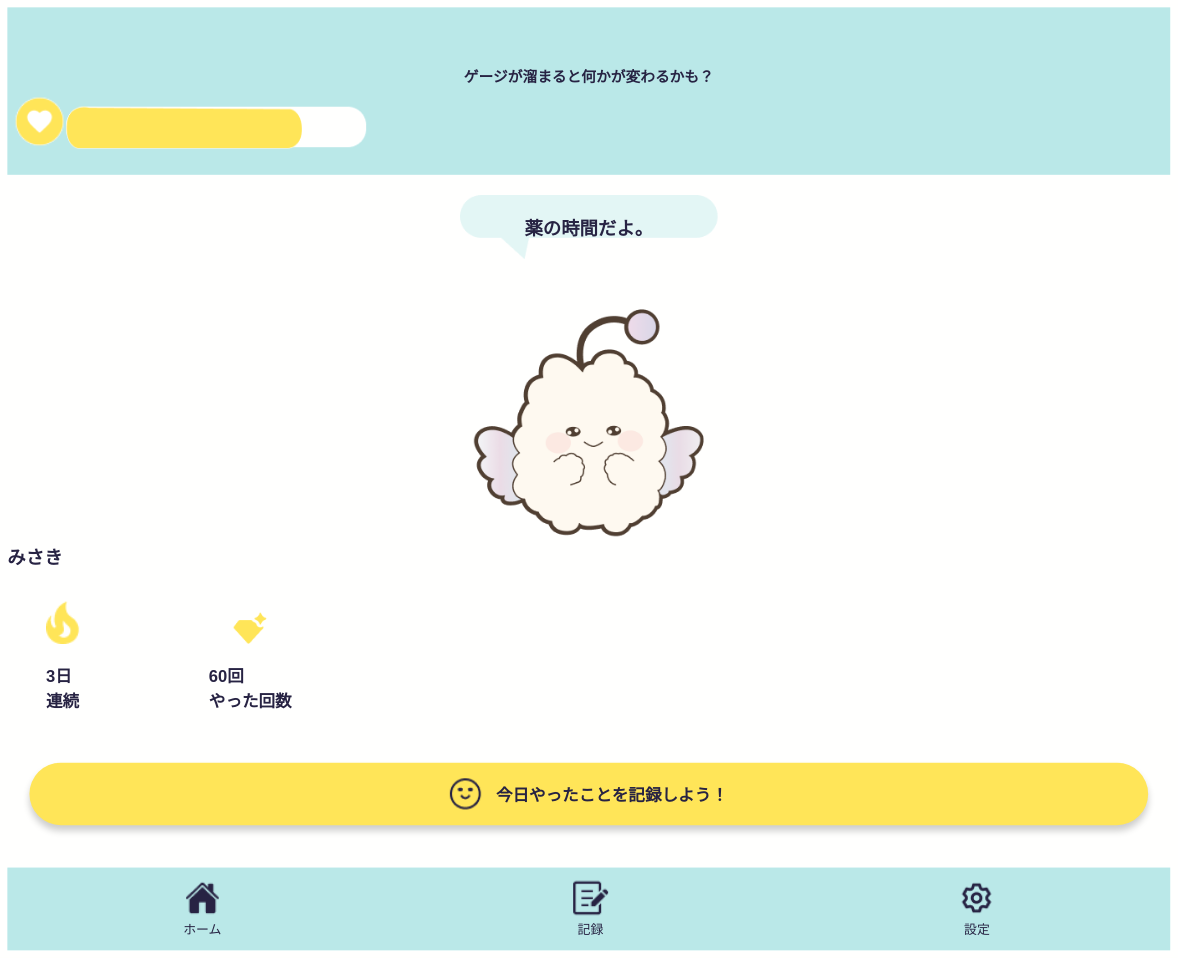
Repository: misaki0919/Self-care
Page: home_page.html
The author's editor kept a copy of each file at every save. The page is drawn from the files as they stood at one save, then again after the next save.
The browser window is 1280 px wide. The pictures show the whole page, at 92% of full size.
Some web fonts or font styles are not loaded; a fallback is used.

Above is the page before, as saved 2026-07-20 21:49:35.

### home_page.html
<!DOCTYPE html>
<html lang="jp">
<head>
    <meta charset="UTF-8">
    <meta name="viewport" content="width=device-width, initial-scale=1.0">
    <title>ホーム画面</title>
    <link href="css/home_page.css" rel="stylesheet">
    <link rel="preconnect" href="https://fonts.googleapis.com">
    <link rel="preconnect" href="https://fonts.gstatic.com" crossorigin>
    <link href="https://fonts.googleapis.com/css2?family=Archivo+Black&family=Noto+Serif+JP:wght@200..900&family=Zen+Maru+Gothic&display=swap" rel="stylesheet">

</head>
<body>
    <div class="header-wrap">
        <p class="ge-ji zen-maru-gothic-regular">ゲージが溜まると何かが変わるかも？</p>
        <section class="images-wrap-1">
            <img class="white" src="images/Ellipse 17.png" alt="黄色の丸">
            <img class="heart" src="images/heart.png" alt="ハート">
        </section>
        <section class="images-wrap-2">
            <img src="images/Rectangle 5.png" alt="白">
            <img src="images/Vector 1.png" alt="黄色">
        </section>
    </div>

    <div class="word-wrap">
        <img src="images/speech_bubble.png" alt="セリフ">
        <p class="time zen-maru-gothic-regular" >薬の時間だよ。</p>
    </div>

    <img src="images/big_sowan.png" alt="ソワンちゃん">
    <p class="name zen-maru-gothic-regular">みさき</p>

    <div class="continue-wrap">
        <img src="images/Vector.png" alt="炎">
        <p class="continue zen-maru-gothic-regular">3日<br>連続</p>
    </div>

    <div class="did-wrap">
        <img src="images/kira.png" alt="ダイヤモンド">
        <p class="did zen-maru-gothic-regular">60回<br>やった回数</p>
    </div>

    <div class="record-wrap">
        <a href="record.html">
            <img src="images/smile.png" alt="笑顔">
            <p class="today-record zen-maru-gothic-regular">今日やったことを記録しよう！</p>
        </a>
    </div>

    <div class="footer-wrap">
        <div class="home">
            <img src="images/home.png" alt="ホーム">
            <p>ホーム</p>
        </div>
        <div class="record">
            <img src="images/record.png" alt="記録">
            <p>記録</p>
        </div>
        <div class="setting">
            <img src="images/setting.png" alt="設定">
            <p>設定</p>
        </div>
    </div>
</body>
</html>

### css/home_page.css
body{
    background-color: #FFFFFE;
    color: #272343;
    /* padding-left: 24px;
    padding-right: 24px; */
}
.zen-maru-gothic-regular {
    font-family: "Zen Maru Gothic", sans-serif;
    font-weight: 600;
    font-style: normal;
}
/* .header-wrap{
    background-color: #BAE8E8;
    width: 428px;
    height: 170px;
    .ge-ji{
        text-align: center;
        padding: 69px;
        font-size: 14px;
    }
    .images-wrap-1{
        background-color: tomato;

    }
} */


.header-wrap{
    background:#BAE8E8;
    padding:30px 24px;
}

.ge-ji{
    font-size:16px;
    padding-top: 16px;
    margin-bottom:12px;
    text-align: center;
}

.images-wrap-1{
    display:flex;
    align-items:center;
    margin-bottom:-42px;
    position:relative;
    z-index:2;
    margin-left: -15px;
    .white{
    width: 52px;
    height:52px;
    /* background-color: tomato; */
    }
    .heart{
    width: 32px;
    position:absolute;
    left:10px;
    /* background-color: tomato; */
    }
}

.images-wrap-2{
    position:relative;
}

.images-wrap-2 img:first-child{
    width: 326px;
    display:block;
    margin-left: 40px;
}

.images-wrap-2 img:last-child{
    position:absolute;
    left:0;
    top:0;
    width: 257px;
    margin-left: 40px;
}

/* ===== 吹き出し ===== */

.word-wrap{
    position:relative;
    width:280px;
    margin:22px auto 46px;
}

.word-wrap img{
    width:100%;
    display:block;
}

.word-wrap p{
    position:absolute;
    top:20px;
    left:50%;
    transform:translateX(-50%);
    margin:0;
    font-size:20px;
    font-weight:bold;
}

/* ===== キャラクター ===== */

body>img{
    width:250px;
    display:block;
    margin:0 auto;
}

.name{
    font-size:20px;
    margin-top:7px;
    margin-bottom:35px;
}

/* ===== 実績 ===== */

.continue-wrap,
.did-wrap{
    width:120px;
    display:inline-flex;
    flex-direction:column;
    align-items:center;
}

.continue-wrap{
    margin-right:40px;
}

.did-wrap{
    margin-left:40px;
}

.continue-wrap img,
.did-wrap img{
    width:36px;
    margin-bottom:4px;
}

.continue,
.did{
    font-size:18px;
    line-height:1.5;
}

/* ===== ボタン ===== */

.record-wrap{
    margin:35px 24px 46px;
}

.record-wrap a{
    background:#FFE558;
    border-radius:50px;
    height:68px;
    display:flex;
    align-items:center;
    justify-content:center;
    text-decoration:none;
    color:#272343;
    box-shadow:0 6px 8px rgba(0,0,0,.2);
}

.record-wrap img{
    width:34px;
    margin-right:16px;
}

.today-record{
    font-size:18px;
    font-weight:bold;
}

/* ===== フッター ===== */

.footer-wrap{
    background:#BAE8E8;
    height:90px;
    display:flex;
    justify-content:space-around;
    align-items:center;
}

.footer-wrap div{
    display:flex;
    flex-direction:column;
    align-items:center;
    color:#272343;
}

.footer-wrap img{
    width:38px;
    margin-bottom:4px;
}

.footer-wrap p{
    margin:0;
    font-size:14px;
}

After the next save:
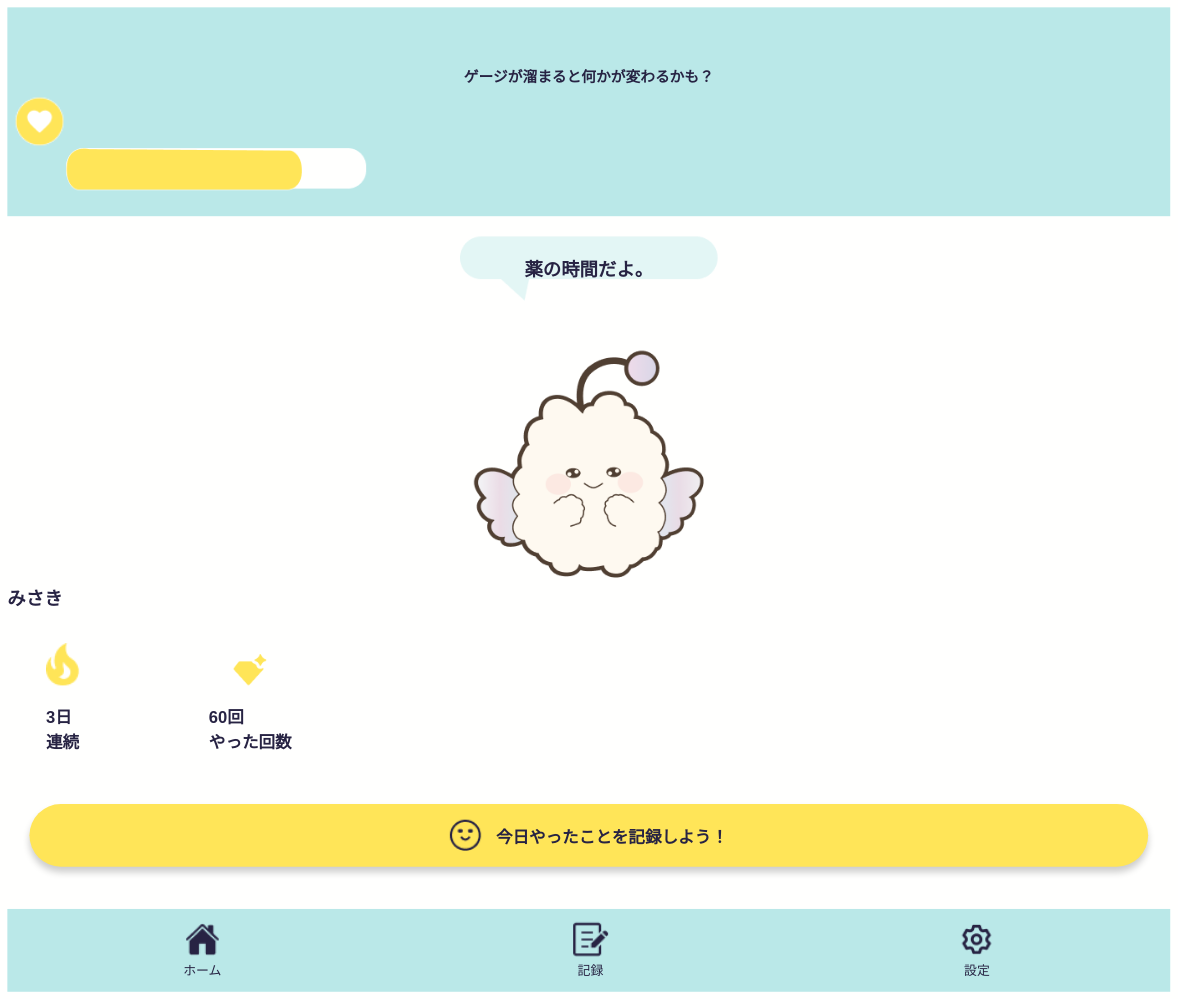
Saved 14 s later.
--- a/css/home_page.css
+++ b/css/home_page.css
@@ -44,6 +44,7 @@
     position:relative;
     z-index:2;
     margin-left: -15px;
+    margin-bottom: 3px;
     .white{
     width: 52px;
     height:52px;

After the save that followed:
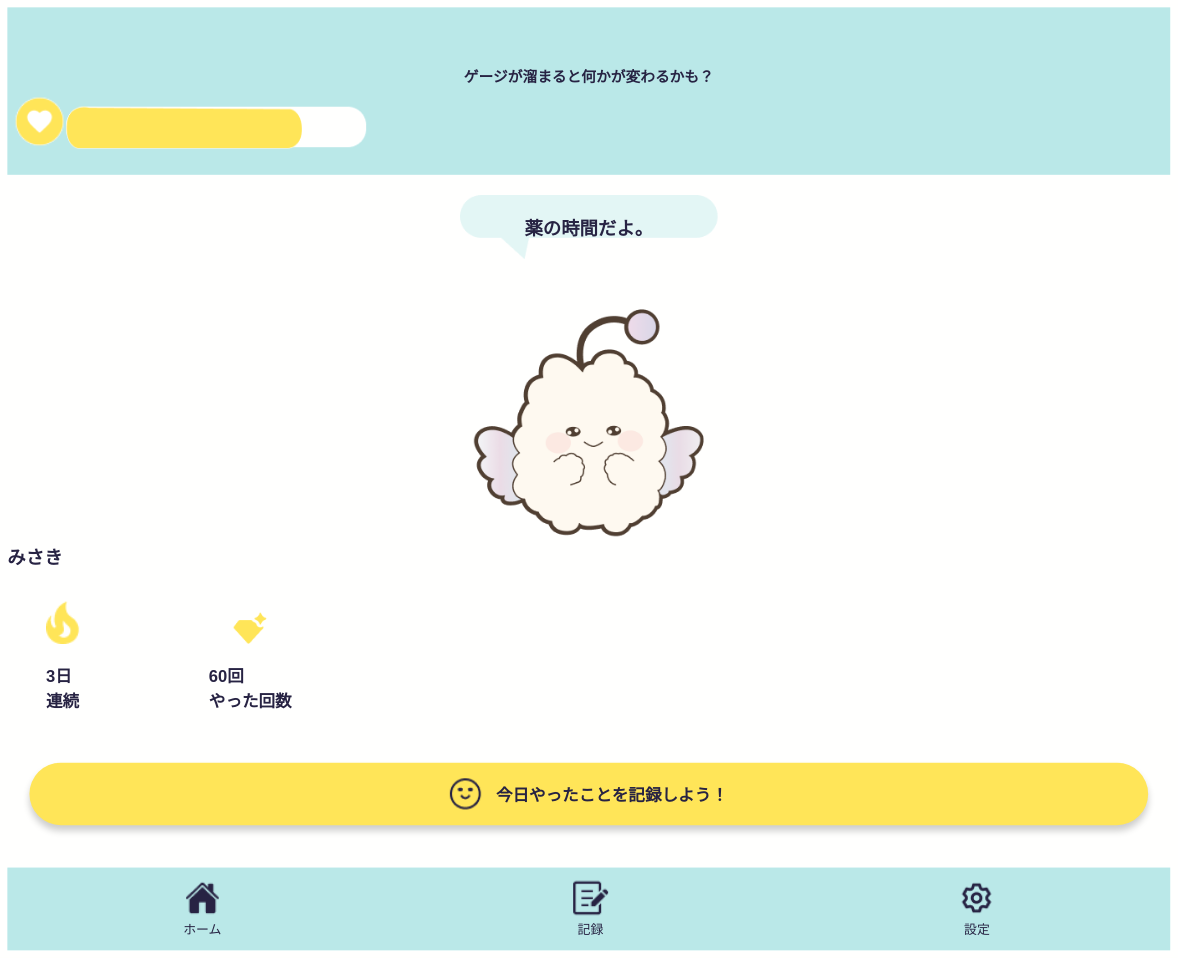
Saved 7 s later.
--- a/css/home_page.css
+++ b/css/home_page.css
@@ -44,7 +44,7 @@
     position:relative;
     z-index:2;
     margin-left: -15px;
-    margin-bottom: 3px;
+
     .white{
     width: 52px;
     height:52px;
